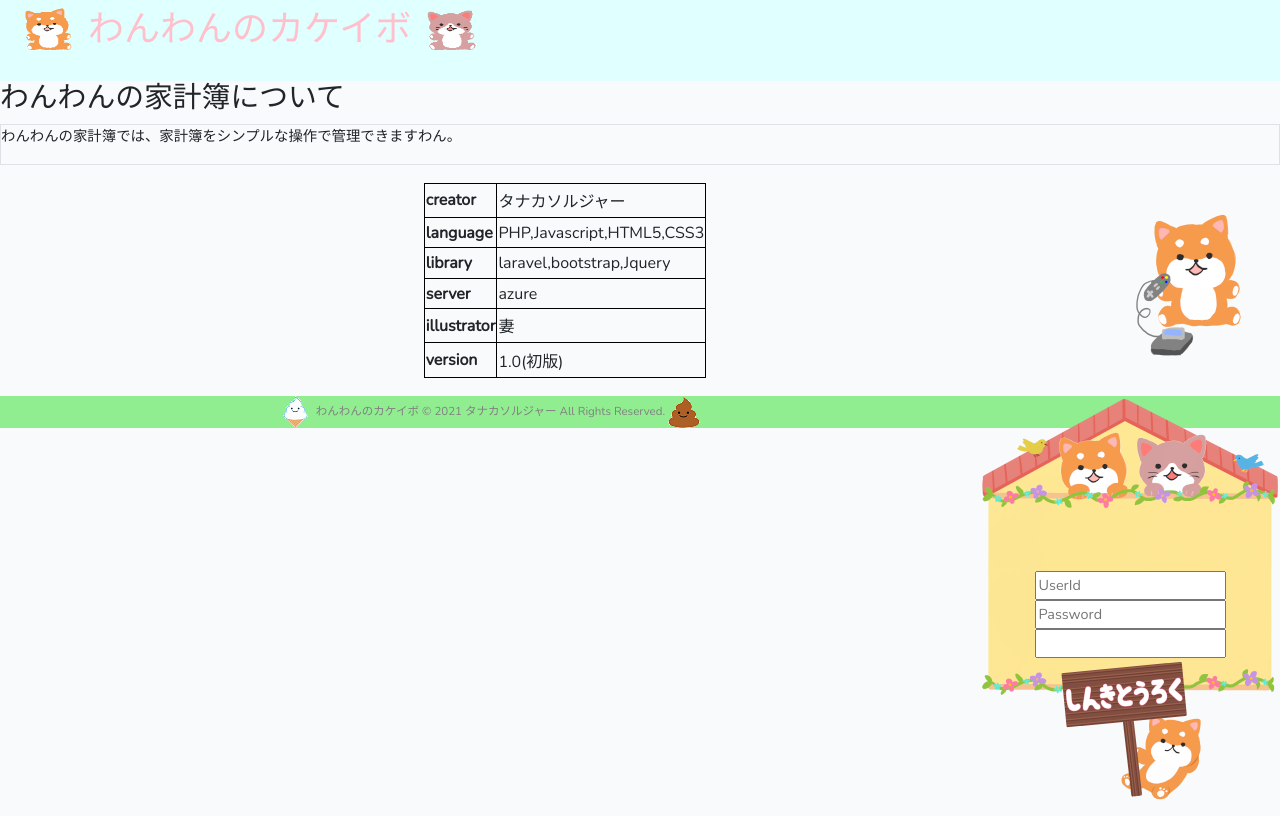
Repository: tatsuya-tanaka27/wanwannokakeibo
Page: http://localhost/wanwannokakeibo/login
The author's editor kept a copy of each file at every save. The page is drawn from the files as they stood at one save, then again after the next save.
The browser window is 1280 px wide. The pictures show the whole page.
Some web fonts or font styles are not loaded; a fallback is used. The page is served by the project's Laravel application, run on PHP 8.4 with Laravel 8.

Above is the page before, as saved 2021-03-05 13:44:15.
Console error: ReferenceError: $ is not defined

After the next save:
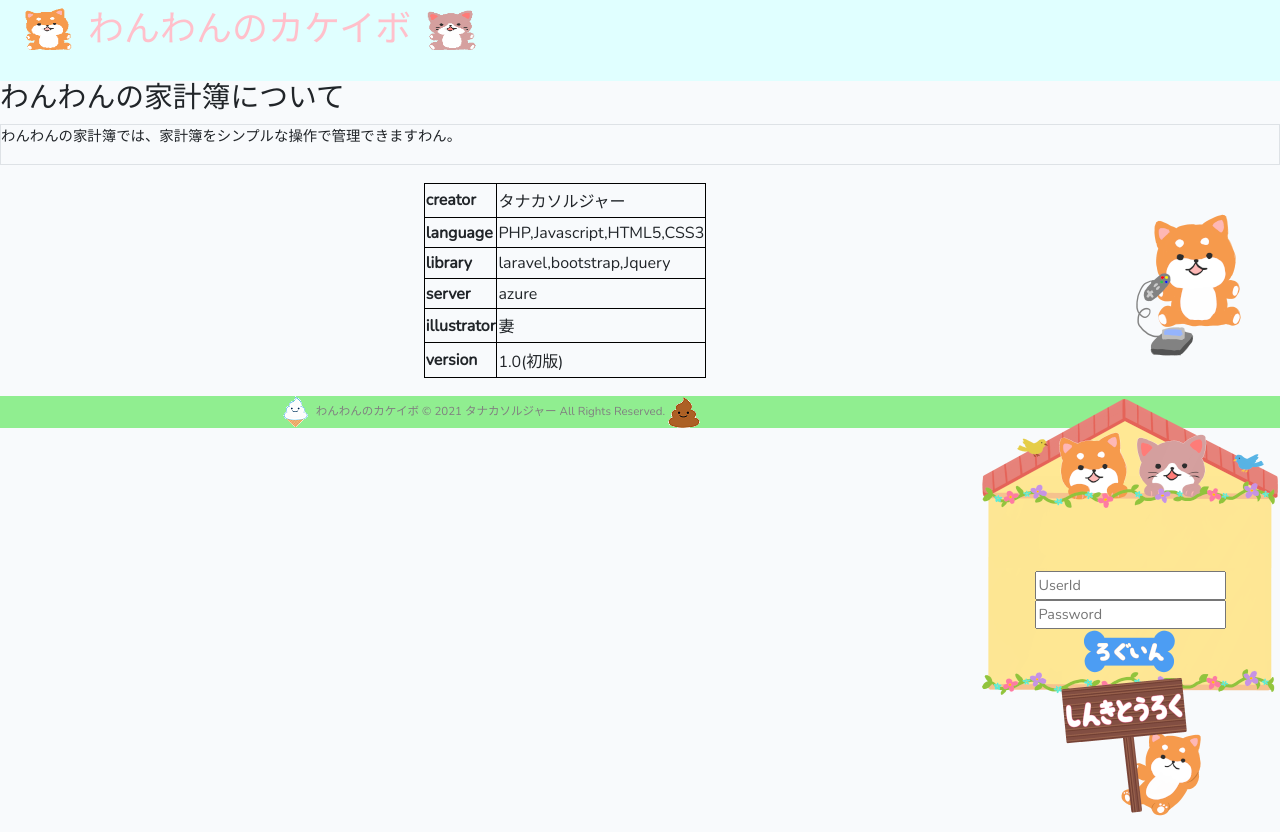
Saved 24 s later.
--- a/laravelapp/resources/views/kakeibo/login.blade.php
+++ b/laravelapp/resources/views/kakeibo/login.blade.php
@@ -54,7 +54,7 @@
 					<br />
 					<input id="login-pass" type="password" align="center" placeholder="Password" />
 					<br />
-                    <input type="submit image" id="login-submit" class="img-fluid" src="/images/login100.PNG" alt="ログイン">
+                    <input type="image" id="login-submit" class="img-fluid" src="/images/login100.PNG" alt="ログイン">
 					<br />
 					<a href="userRegistration.html">
 						<img class="img-fluid" src="/images/shinkitoroku150.PNG" alt="しんきとうろく" />
